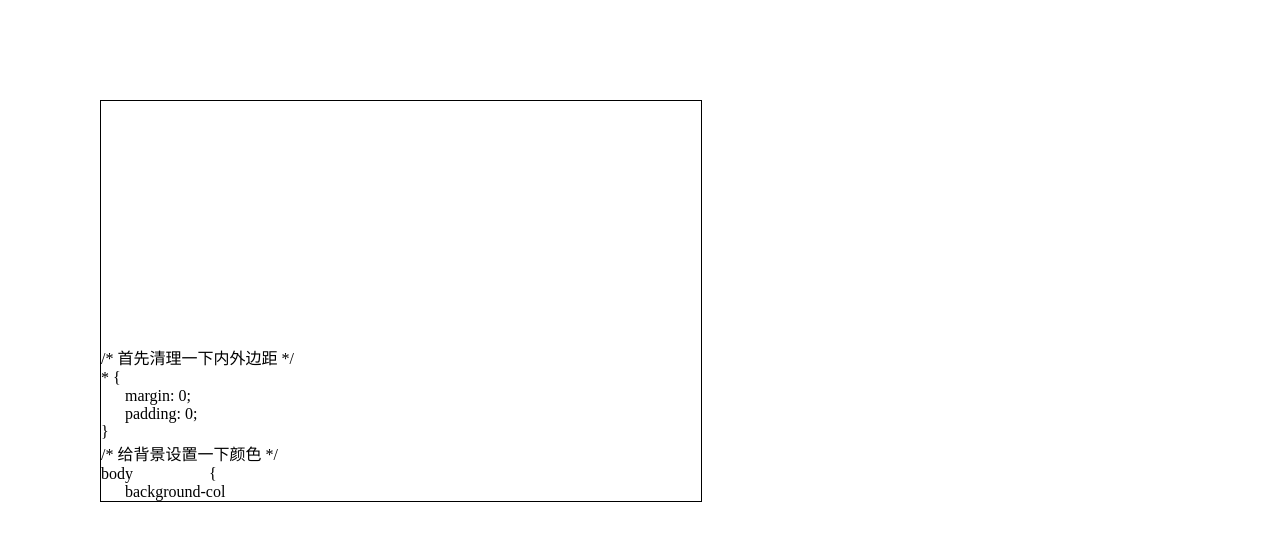
Repository: ScarApocalypse/study
Page: 一些想法/test.html
The author's editor kept a copy of each file at every save. The page is drawn from the files as they stood at one save, then again after the next save.
The browser window is 1280 px wide. The pictures show the whole page.

Above is the page before, as saved 2019-08-02 12:38:33.

### 一些想法/test.html
<!DOCTYPE html>
<html lang="en">

<head>
    <meta charset="UTF-8">
    <meta name="viewport" content="width=device-width, initial-scale=1.0">
    <meta http-equiv="X-UA-Compatible" content="ie=edge">
    <title>Document</title>
    <style>
        #wrap {

            position: absolute;
            border: 1px solid #000;
            height: 400px;
            width: 600px;
            left: 100px;
            top: 100px;
            overflow: auto;
        }

        #show {
            position: absolute;
            /* left: 100px; */
            bottom: 0;
            /* min-height:px; */
        }

        .box1 {
            position: absolute;
            left: 0px;
            top: 0px;
            /* z-index:-1; */
        }

        .box2 {
            position: absolute;
            left: 0px;
            top: 0px;
            /* z-index:-1; */
        }

        .box3 {
            position: absolute;
            left: 0px;
            top: 0px;
            /* z-index:-1; */
        }
    </style>
    <style>
        /* 首先清理一下内外边距 */
        * { margin: 0; padding: 0; } /* 给背景设置一下颜色 */ body { background-color: #ccc; } /* 添加动画效果 */ .transition { transition: all 0.5s; } /* 首先画一个红色的球 */ .box1 { width: 100px; height: 100px; background-color: red; border-radius: 50%; position: absolute; top: 400px; left: 400px; } /* 然后画一个黄色的球 */ .box2 { width: 100px; height: 100px; background-color: yellow; top: 300px; left: 300px; border-radius: 50%; } /* 淦,感觉自己好low啊 */ .box1 { left: 600px; width: 200px; height: 200px; } .box2 { left: 900px; top: 100px; width: 150px; height: 150px; }
    </style>

</head>

<body>
    <div id="wrap" class="">

        <div id="show"></div>


    </div>

    <div class="box1 transition">

    </div>
    <div class="box2 transition">

    </div>

    <script src="https://cdn.bootcss.com/jquery/3.4.1/jquery.min.js"></script>
    <!-- <script src="https://cdn.bootcss.com/jquery-resize/1.1/jquery.ba-resize.min.js"></script> -->
    <script>
        var wrap = document.getElementById('wrap');
        var show = document.getElementById('show');

        var style = document.getElementsByTagName('style')[1];
        // style.innerHTML='';
        var cssText =style.innerHTML;
        console.log(cssText);
        console.log(style);
        var reg = /[{};]/;
        var str = cssText;
        var styleStr = '';
        var showStr = '';
        // var chat="1";




        var length = str.length;
        var strIndex = 0;
        var pat=/(body\b|\*\b)/g;



        var timeOut = setInterval(() => {
            if (strIndex == length - 1) {
                // console.log(showStr);
                $(show).css({
                    'background-color': '#333',
                    'position': 'relative',
                    'color': '#fff',
                })
                wrap.scrollTop = wrap.scrollHeight;
                clearInterval(timeOut);

            }
            styleStr += [str[strIndex]];
            showStr += [str[strIndex]];
            if (reg.test(str[strIndex])) {
                showStr += '<br>';
                if ((str[strIndex + 2] != '}') && (str[strIndex + 1] != '.') && (str[strIndex + 2] != '/')) {
                    showStr += '&nbsp;&nbsp;&nbsp;&nbsp;&nbsp;'
                }
            }
            if (str[strIndex] == '/' && str[strIndex - 1] == '*') {
                showStr += '<br>';
            }
            // console.log(showStr);
            showStr=showStr.replace(pat,'<span class="red">'+'\$1'+'&nbsp;</span>');
            show.innerHTML = showStr;
            style.innerHTML = styleStr;


            strIndex++;
        }, 50);
    </script>
</body>

</html>

After the next save:
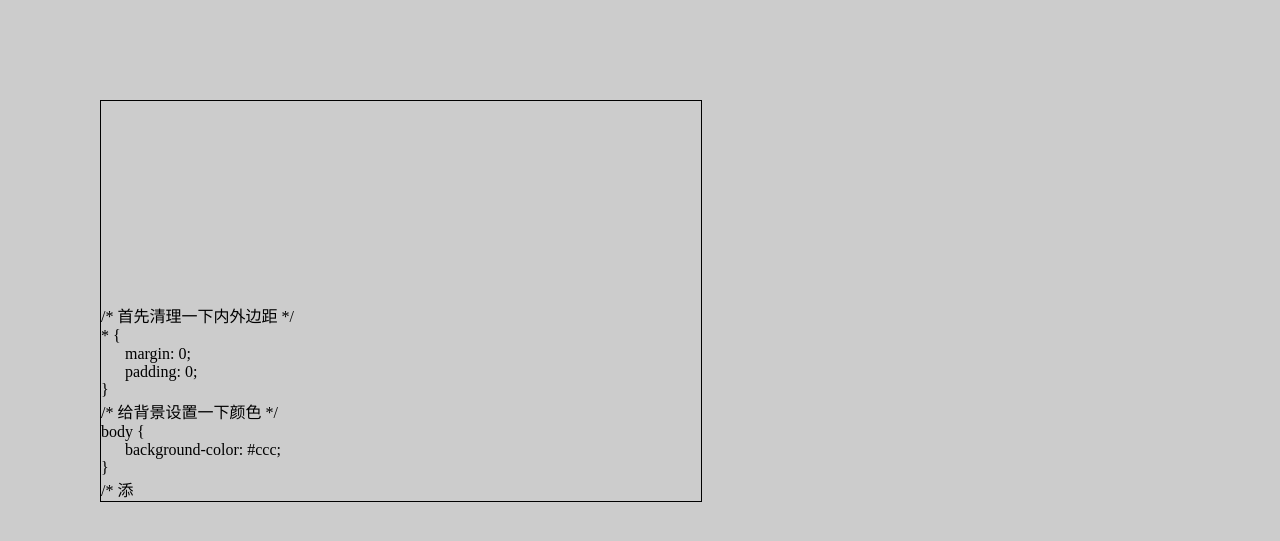
Saved 12 min 27 s later.
--- a/一些想法/test.html
+++ b/一些想法/test.html
@@ -46,10 +46,7 @@
             /* z-index:-1; */
         }
     </style>
-    <style>
-        /* 首先清理一下内外边距 */
-        * { margin: 0; padding: 0; } /* 给背景设置一下颜色 */ body { background-color: #ccc; } /* 添加动画效果 */ .transition { transition: all 0.5s; } /* 首先画一个红色的球 */ .box1 { width: 100px; height: 100px; background-color: red; border-radius: 50%; position: absolute; top: 400px; left: 400px; } /* 然后画一个黄色的球 */ .box2 { width: 100px; height: 100px; background-color: yellow; top: 300px; left: 300px; border-radius: 50%; } /* 淦,感觉自己好low啊 */ .box1 { left: 600px; width: 200px; height: 200px; } .box2 { left: 900px; top: 100px; width: 150px; height: 150px; }
-    </style>
+    <style> /* 首先清理一下内外边距 */ * { margin: 0; padding: 0; } /* 给背景设置一下颜色 */ body { background-color: #ccc; } /* 添加动画效果 */ .transition { transition: all 0.5s; } /* 首先画一个红色的球 */ .box1 { width: 100px; height: 100px; background-color: red; border-radius: 50%; position: absolute; top: 400px; left: 400px; } /* 然后画一个黄色的球 */ .box2 { width: 100px; height: 100px; background-color: yellow; top: 300px; left: 300px; border-radius: 50%; } /* 淦,感觉自己好low啊 */ .box1 { left: 600px; width: 200px; height: 200px; } .box2 { left: 900px; top: 100px; width: 150px; height: 150px; } </style>
 
 </head>
 
@@ -90,7 +87,7 @@
 
         var length = str.length;
         var strIndex = 0;
-        var pat=/(body\b|\*\b)/g;
+        var pat=/(body&|\*\b)/;
 
 
 
@@ -118,7 +115,7 @@
                 showStr += '<br>';
             }
             // console.log(showStr);
-            showStr=showStr.replace(pat,'<span class="red">'+'\$1'+'&nbsp;</span>');
+            showStr=showStr.replace(pat,'<span class="red">'+'\$1'+'</span>');
             show.innerHTML = showStr;
             style.innerHTML = styleStr;
 
